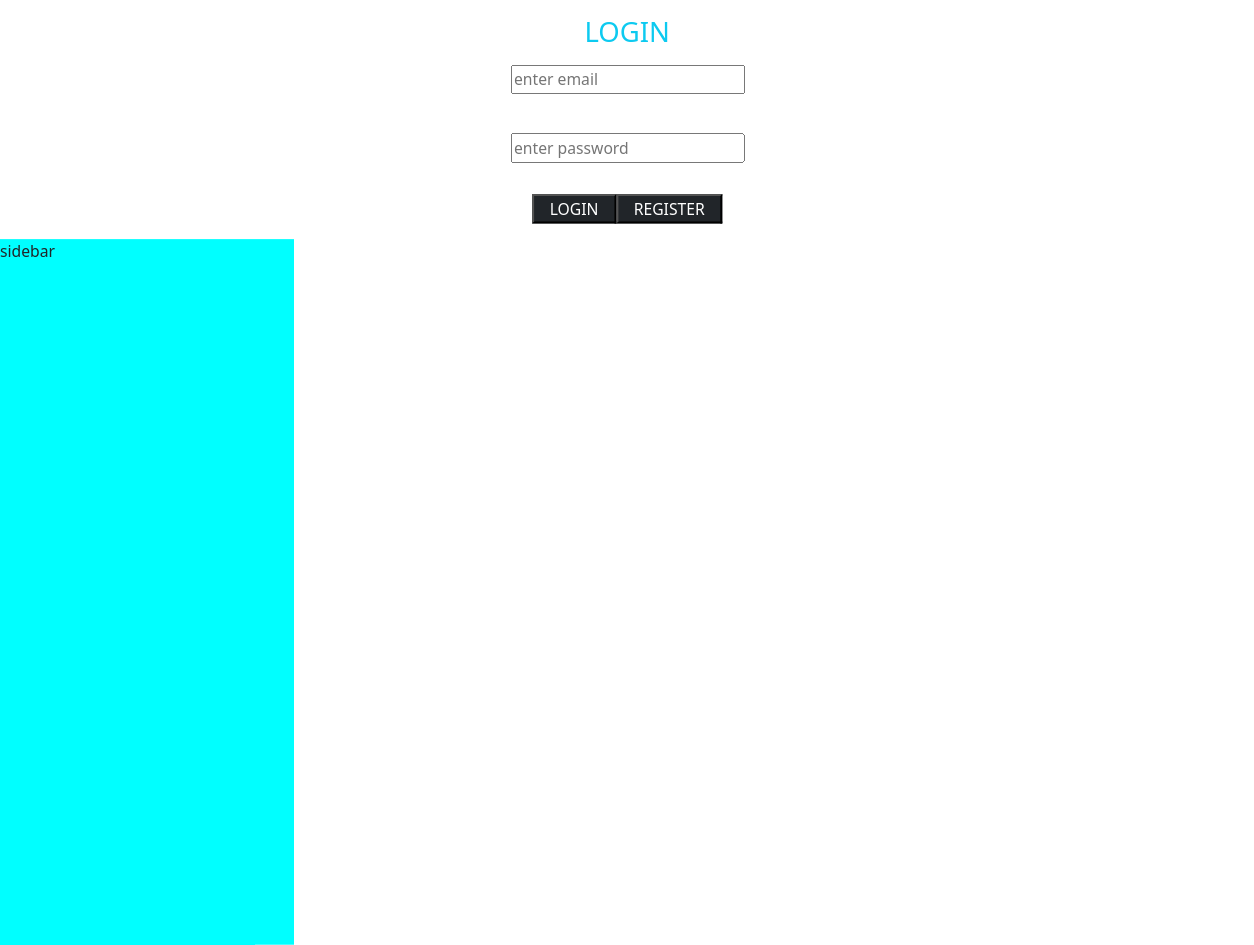
Repository: sreech465/e-prathibha
Page: /
These files come from the project's save history. The page is drawn as it stood at one moment and after the next save; the edit follows.
The browser window is 1280 px wide. The pictures show the whole page, at 98% of full size.
The project was rebuilt for these pictures with package versions that can differ from the ones it lists, and the page was loaded fresh each time. Also part of the build but not shown: src/Components/Register.js, src/Components/Verify.js, src/Components/Popup.css, src/Components/Popup.js, src/Components/WritExam.css, src/Components/WriteExam.js, src/Components/ListExams.css, src/Components/ListOfExams.js and 4 more.

Above is the page before, as saved 2022-10-18 07:36:42.

### src/index.js
import React from "react";
import ReactDOM from "react-dom/client";
import "./index.css";
import App from "./App";
import reportWebVitals from "./reportWebVitals";
import { Provider } from "react-redux";
import { store } from "./Redux/Store";

import "bootstrap/dist/css/bootstrap.min.css";

const root = ReactDOM.createRoot(document.getElementById("root"));
root.render(
  <React.StrictMode>
    <Provider store={store}>
      <App />
    </Provider>
  </React.StrictMode>
);

// If you want to start measuring performance in your app, pass a function
// to log results (for example: reportWebVitals(console.log))
// or send to an analytics endpoint. Learn more: https://bit.ly/CRA-vitals
reportWebVitals();

### src/App.js
import "bootstrap/dist/css/bootstrap.min.css";
import "./App.css";
import Register from "./Components/Register";
import { useSelector } from "react-redux";
import Verify from "./Components/Verify";

import Login from "./Components/Login";
import { Routes, Route } from "react-router-dom";
import WriteExam from "./Components/WriteExam";
import { BrowserRouter } from "react-router-dom";
import ListOfExams from "./Components/ListOfExams";
import CategoryOfExams from "./Components/CategoryOfExams";
import PremiumList from "./Components/PremiumList";
import MockList from "./Components/MockList";
import PwriteExam from "./Components/PwriteExam";
import Sidebar from "./Components/Sidebar";
function App() {
  const state = useSelector((state) => state);
  console.log(state);

  return (
    <>
      <div className="App">
        <BrowserRouter>
          <Routes>
            <Route path="/register" element={<Register />} />
            <Route path="/Verify" element={<Verify />} />
            <Route path="/" element={<Login />} />
            <Route path="/ListOfExams" element={<ListOfExams />} />
            <Route path="/PremiumList" element={<PremiumList />} />
            <Route path="/MockList" element={<MockList />} />
            <Route path="/CategoryOfExams" element={<CategoryOfExams />} />
            <Route path="/ListOfExams/:id" element={<WriteExam />} />
            <Route path="/PremiumList/:id" element={<WriteExam />} />
          </Routes>
        </BrowserRouter>
        <Sidebar />
      </div>
    </>
  );
}

export default App;

### src/Redux/Store.js
import { applyMiddleware } from "redux";

import { createStore } from "redux";
import thunk from "redux-thunk";
import { rootreducer } from "./CombineReducers";

export const store = createStore(rootreducer, applyMiddleware(thunk));

### src/App.css
.Sidebar {

  height:100%;
  width:300px;
  background-color: aqua;


}

body{
  margin:0;
  padding:0;
}

.App{
  width:100vw;
  height: 100vh;
}

### src/Components/Login.js
import React, { useState } from "react";
import { useDispatch } from "react-redux";
import { loginUser } from "../Redux/Actions";
import { useNavigate } from "react-router-dom";

const Login = () => {
  const navigate = useNavigate();
  const [email, setEmail] = useState("");
  const [password, setPassword] = useState("");
  const dispatch = useDispatch();

  const handleclick = (e) => {
    e.preventDefault();
    dispatch(loginUser({ email, password, navigate }));
  };
  const handleLogin = (e) => {
    e.preventDefault();
    navigate("/register");
  };
  return (
    <>
      <div className="container text-center">
        <form className="p-3">
          <h3 className="text-info">LOGIN</h3>
          <input
            className="m-2"
            type="text"
            placeholder="enter email"
            onChange={(e) => {
              setEmail(e.target.value);
            }}
          />
          <br />
          <br />
          <input
            className="m-2"
            type="text"
            placeholder="enter password"
            onChange={(e) => {
              setPassword(e.target.value);
            }}
          />
          <br />
          <br />
          <button className="px-3 bg-dark text-white" onClick={handleclick}>
            LOGIN
          </button>
          <button className="px-3 bg-dark text-white" onClick={handleLogin}>
            REGISTER
          </button>
        </form>
      </div>
    </>
  );
};

export default Login;

### src/Components/Sidebar.js
import React from "react";
import "../App.css";
const Sidebar = () => {
  return <div className="Sidebar">sidebar</div>;
};

export default Sidebar;

### src/Redux/CombineReducers.js
import { combineReducers } from "redux";
import {
  loginReducer,
  packageReducer,
  payReducer,
  submitExamReducer,
} from "./Reducer";
import { endExamReducer } from "./Reducer";
import { yearlyQreducer } from "./Reducer";
import { verifyReducer } from "./Reducer";
import { registerReducer } from "./Reducer";
import { writeExamReducer } from "./Reducer";
import { premiumReducer } from "./Reducer";
import { mockReducer } from "./Reducer";

export const rootreducer = combineReducers({
  RegisterReducer: registerReducer,
  VerifyReducer: verifyReducer,
  LoginReducer: loginReducer,
  GetYearlyReducer: yearlyQreducer,
  WexamReducer: writeExamReducer,
  EexamReducer: endExamReducer,
  PremiumReducer: premiumReducer,
  MockReducer: mockReducer,
  SubmitExamReducer: submitExamReducer,
  PayReducer: payReducer,
  PackageReducer: packageReducer,
});

### src/Redux/Actions.js
import axios from "axios";
import { Actions } from "../Components/types";

export const baseUrl = "http://test.e-prathibha.com/apis";

export const loginUser = ({ email, password, navigate }) => {
  const formData = {
    email: email,
    password: password,
  };
  return async (dispatch) => {
    try {
      await axios.post(`${baseUrl}/login`, formData).then((response) => {
        console.log("response from api", response.data);
        if (response.status == 200) {
          dispatch({ type: Actions.LOGIN, payload: response.data });
          navigate("/CategoryOfExams");
        }
      });
    } catch (err) {
      console.log(err);
    }
  };
};

export const registerUser = ({
  email,
  password,
  phone,
  confirmPassword,
  name,
  navigate,
}) => {
  const formData = {
    email: email,
    name: name,
    phone: phone,
    password: password,
    confirmPassword: confirmPassword,
  };
  console.log(email);
  console.log(name);
  console.log(phone);
  console.log(password);
  console.log(confirmPassword);
  console.log(formData);

  return async (dispatch) => {
    try {
      await axios.post(`${baseUrl}/register`, formData).then((response) => {
        console.log("response from api", response);
        if (response.status == 200) {
          dispatch({ type: Actions.REGISTER, payload: response.data });
          navigate("/Verify");
        }
      });
    } catch (err) {
      console.log(err);
    }
  };
};

export const verifyUser = ({ reg_code }) => {
  const formData = {
    reg_code: reg_code,
  };

  return async (dispatch) => {
    try {
      await axios.post(`${baseUrl}/verifyEmail`, formData).then((response) => {
        console.log("response from api", response);
        if (response.status == 200) {
          dispatch({ type: Actions.VERIFY, payload: response.data });
          alert("successfully verified email");
        }
      });
    } catch (err) {
      console.log(err);
    }
  };
};

export const getYearlyQuestions = ({ state2 }) => {
  const formData = {
    email: "jj@gmail.com",
    name: "jj",
    phone: "678",
    password: "jj",
    confirmPassword: "jj",
  };

  let config = {
    headers: {
      id: `${state2.Id}`,
      server_key: "3w99V63pW7tJ7vavGXtCKo8cp",
      tokenu: `${state2.Token}`,
    },
  };

  console.log(state2.Token);
  console.log(state2.Id);

  return async (dispatch) => {
    try {
      await axios
        .post(`${baseUrl}/test_free_exam`, formData, config)
        .then((response) => {
          console.log("response from api", response);

          if (response.status == 200) {
            dispatch({
              type: Actions.GETYEARLYQUESTIONS,
              payload: response.data,
            });
          }
        });
    } catch (err) {
      console.log(err);
    }
  };
};

export const premiumExams = ({ state2 }) => {
  const formData = {
    email: "jj@gmail.com",
    name: "jj",
    phone: "678",
    password: "jj",
    confirmPassword: "jj",
  };

  let config = {
    headers: {
      id: `${state2.Id}`,
      server_key: "3w99V63pW7tJ7vavGXtCKo8cp",
      tokenu: `${state2.Token}`,
    },
  };

  console.log(state2.Token);
  console.log(state2.Id);

  return async (dispatch) => {
    try {
      await axios
        .post(`${baseUrl}/premium_exam`, formData, config)
        .then((response) => {
          console.log("mahesh", response);

          if (response.status == 200) {
            dispatch({
              type: Actions.PREMIUMEXAMS,
              payload: response.data,
            });
          }
        });
    } catch (err) {
      console.log(err);
    }
  };
};

export const mockExams = ({ state2 }) => {
  const formData = {
    email: "jj@gmail.com",
    name: "jj",
    phone: "678",
    password: "jj",
    confirmPassword: "jj",
  };

  let config = {
    headers: {
      id: `${state2.Id}`,
      server_key: "3w99V63pW7tJ7vavGXtCKo8cp",
      tokenu: `${state2.Token}`,
    },
  };

  console.log(state2.Token);
  console.log(state2.Id);

  return async (dispatch) => {
    try {
      await axios
        .post(`${baseUrl}/mock_exam`, formData, config)
        .then((response) => {
          console.log("response from api", response);

          if (response.status == 200) {
            dispatch({
              type: Actions.MOCKEXAMS,
              payload: response.data,
            });
          }
        });
    } catch (err) {
      console.log(err);
    }
  };
};
export const writeTheExam = ({ id, state2 }) => {
  let config = {
    headers: {
      id: `${state2.Id}`,
      server_key: "3w99V63pW7tJ7vavGXtCKo8cp",
      tokenu: `${state2.Token}`,
    },
  };

  return async (dispatch) => {
    try {
      await axios
        .get(`${baseUrl}/start_exam?examId=${id}`, config)

        .then((response) => {
          console.log("response from api", response);

          dispatch({
            type: Actions.WRITETHEEXAM,
            payload: response.data.data.exam,
          });
        });
    } catch (err) {
      console.error(err);
    }
  };
};

export const submitTheExam = ({ state2, id }) => {
  let config = {
    headers: {
      id: `${state2.Id}`,
      server_key: "3w99V63pW7tJ7vavGXtCKo8cp",
      tokenu: `${state2.Token}`,
    },
  };

  const postData2 = {
    examId: `${id}`,
    examresultId: 63,
  };

  return async (dispatch) => {
    try {
      await axios
        .post(`${baseUrl}/submit`, postData2, config)

        .then((response) => {
          console.log("response from api", response.data);
          dispatch({ type: Actions.SUBMITEXAM, payload: response.data });
        });
    } catch (err) {
      console.error(err);
    }
  };
};

export const endTheExam = ({ state2, id }) => {
  let config = {
    headers: {
      id: `${state2.Id}`,
      server_key: "3w99V63pW7tJ7vavGXtCKo8cp",
      tokenu: `${state2.Token}`,
    },
  };

  const postData1 = {
    examId: `${id}`,
    qno: 1,
  };

  return async (dispatch) => {
    try {
      await axios
        .post(`${baseUrl}/finishExam`, postData1, config)

        .then((response) => {
          console.log("response from api", response.data);
          dispatch({ type: Actions.ENDTHEEXAM, payload: response.data });
        });
    } catch (err) {
      console.error(err);
    }
  };
};

export const paymentDetails = ({ state2 }) => {
  let config = {
    headers: {
      id: `${state2.Id}`,
      server_key: "3w99V63pW7tJ7vavGXtCKo8cp",
      tokenu: `${state2.Token}`,
    },
  };

  const postData4 = {
    packagearr: { 8: "1" },
    packagetype: "RAZORPAY",
    year: "",
  };

  return async (dispatch) => {
    try {
      await axios
        .post(`${baseUrl}/test_paymentGateway`, postData4, config)

        .then((response) => {
          console.log("response from api", response.data);
          dispatch({ type: Actions.PAYDETAILS, payload: response.data });
        });
    } catch (err) {
      console.error(err);
    }
  };
};

export const packageStar = ({ state2 }) => {
  console.log(state2.Id, state2.Token, "prabhas");
  let config = {
    headers: {
      id: `${state2.Id}`,
      server_key: "3w99V63pW7tJ7vavGXtCKo8cp",
      tokenu: `${state2.Token}`,
    },
  };

  let server_key = "3w99V63pW7tJ7vavGXtCKo8cp";

  return async (dispatch) => {
    try {
      await axios
        .post(`${baseUrl}/packageDetails`, server_key, config)

        .then((response) => {
          console.log("response from api", response.data);
          dispatch({ type: Actions.PACKAGEDETAILS, payload: response.data });
        });
    } catch (err) {
      console.error(err);
    }
  };
};

### src/Redux/Reducer.js
import { Actions } from "../Components/types";

const initialstate1 = {
  user1: "",
  user2: "",
  user3: "",
  user4: "",
  user5: "",
  user6: "",
  user7: "",
  user8: "",
  user9: "",
  user10: "",
  user11: "",
};

export const loginReducer = (state = initialstate1, action) => {
  const { type, payload } = action;

  switch (type) {
    case Actions.LOGIN:
      return { ...state, user3: payload };
    default:
      return state;
  }
};

export const registerReducer = (state = initialstate1, action) => {
  const { type, payload } = action;

  switch (type) {
    case Actions.REGISTER:
      return { ...state, user1: payload };
    default:
      return state;
  }
};

export const verifyReducer = (state = initialstate1, action) => {
  const { type, payload } = action;

  switch (type) {
    case Actions.VERIFY:
      return { ...state, user2: payload };
    default:
      return state;
  }
};

export const yearlyQreducer = (state = initialstate1, action) => {
  const { type, payload } = action;

  switch (type) {
    case Actions.GETYEARLYQUESTIONS:
      return { ...state, user4: payload };
    default:
      return state;
  }
};

export const premiumReducer = (state = initialstate1, action) => {
  const { type, payload } = action;

  switch (type) {
    case Actions.PREMIUMEXAMS:
      return { ...state, user7: payload };
    default:
      return state;
  }
};

export const mockReducer = (state = initialstate1, action) => {
  const { type, payload } = action;

  switch (type) {
    case Actions.MOCKEXAMS:
      return { ...state, user8: payload };
    default:
      return state;
  }
};

export const writeExamReducer = (state = initialstate1, action) => {
  const { type, payload } = action;

  switch (type) {
    case Actions.WRITETHEEXAM:
      return { ...state, user5: payload };
    default:
      return state;
  }
};

export const submitExamReducer = (state = initialstate1, action) => {
  const { type, payload } = action;

  switch (type) {
    case Actions.SUBMITEXAM:
      return { ...state, user9: payload };
    default:
      return state;
  }
};

export const endExamReducer = (state = initialstate1, action) => {
  const { type, payload } = action;

  switch (type) {
    case Actions.ENDTHEEXAM:
      return { ...state, user6: payload };
    default:
      return state;
  }
};

export const payReducer = (state = initialstate1, action) => {
  const { type, payload } = action;

  switch (type) {
    case Actions.PAYDETAILS:
      return { ...state, user10: payload };
    default:
      return state;
  }
};

export const packageReducer = (state = initialstate1, action) => {
  const { type, payload } = action;

  switch (type) {
    case Actions.PACKAGEDETAILS:
      return { ...state, user11: payload };
    default:
      return state;
  }
};

### src/Components/types.js
export const Actions = {
  LOGIN: "LOGIN",
  REGISTER: "REGISTER",
  VERIFY: "VERIFY",
  GETYEARLYQUESTIONS: "GETYEARLYQUESTIONS",
  WRITETHEEXAM: "WRITETHEEXAM",
  SUBMITEXAM: "SUBMITEXAM",
  ENDTHEEXAM: "ENDTHEEXAM",
  PREMIUMEXAMS: "PREMIUMEXAMS",
  MOCKEXAMS: "MOCKEXAMS",
  PAYDETAILS: "PAYDETAILS",
  PACKAGEDETAILS: "PACKAGEDETAILS",
};

Loaded but not shown: public/index.html (common file); src/index.css (common file); src/reportWebVitals.js (common file)

After the next save:
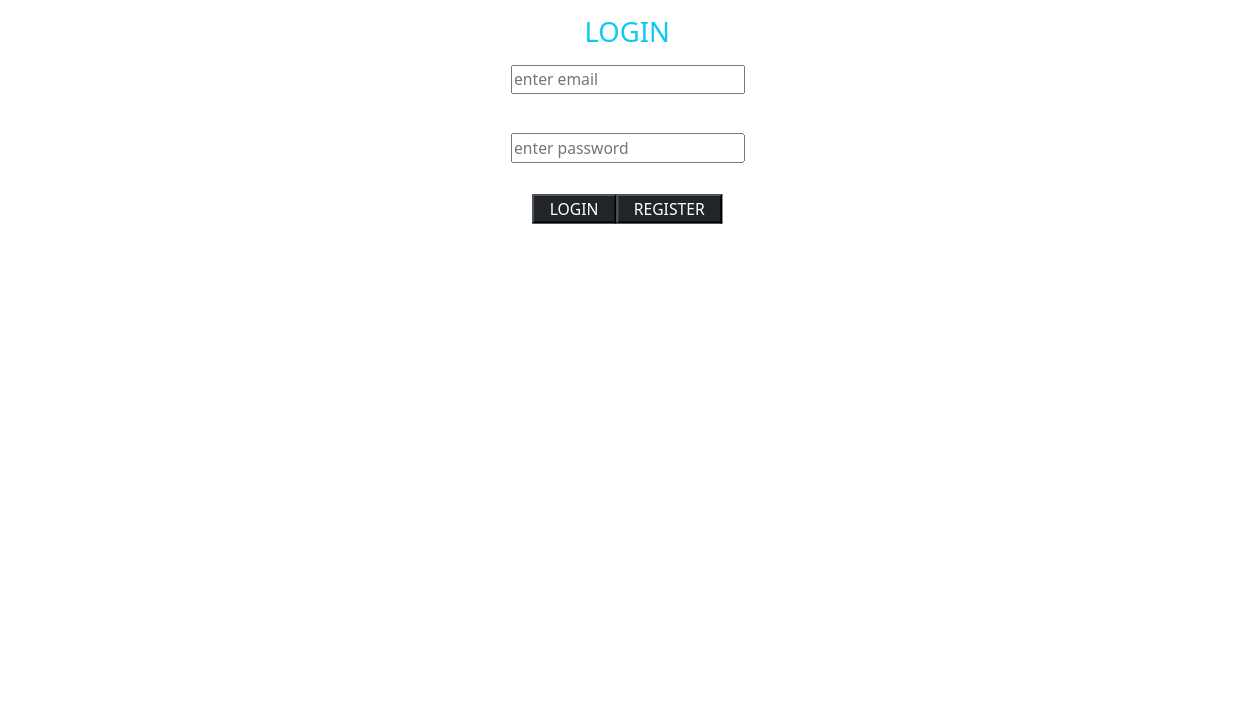
Saved 14 s later.
--- a/src/App.js
+++ b/src/App.js
@@ -34,7 +34,6 @@ function App() {
             <Route path="/PremiumList/:id" element={<WriteExam />} />
           </Routes>
         </BrowserRouter>
-        <Sidebar />
       </div>
     </>
   );
